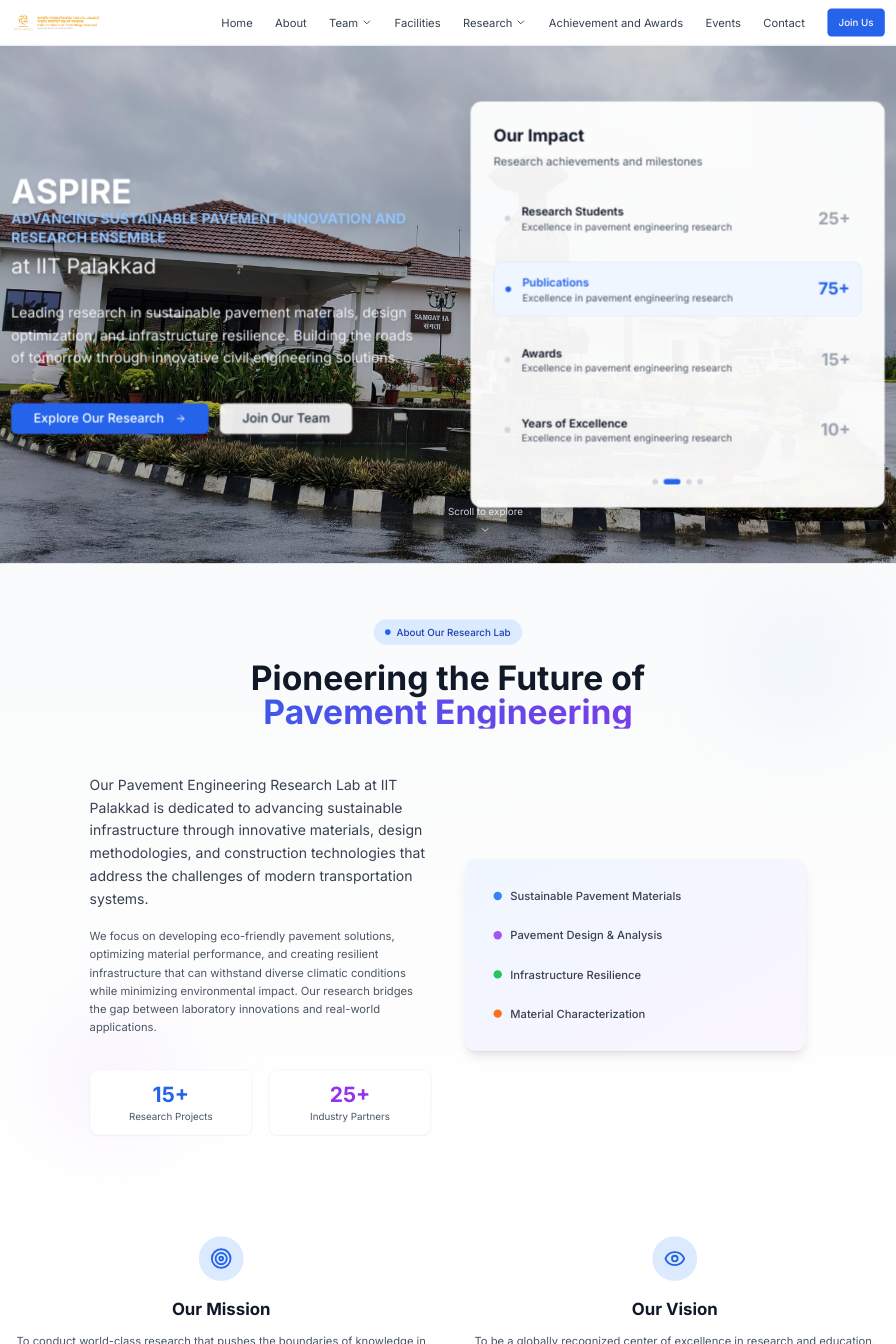
Repository: Gopikrish-30/ARISE
Page: /
An editor plug-in stored every save of this project. The page is shown before and after the next save, followed by the edit.
The browser window is 1280 px wide. The pictures show the part of the page from y = 0 to 1920 px (the page is 4937 px tall), at 70% of full size.
The project was rebuilt for these pictures with package versions that can differ from the ones it lists, and the page was loaded fresh each time. Some packages were replaced by stand-ins written for this rebuild. The framework's server and built-in components were replaced by stand-ins that run in the browser. Also part of the build but not shown: next.config.mjs.

Above is the page before, as saved 2025-06-29 14:14:34.

### app/layout.tsx
import type React from "react"
import type { Metadata } from "next"
import { Inter } from "next/font/google"
import "./globals.css"
import { Navbar } from "@/components/navbar"
import { Footer } from "@/components/footer"

const inter = Inter({ subsets: ["latin"] })

export const metadata: Metadata = {
  title: "IIT Palakkad - Department Showcase",
  description: "Advancing the frontiers of science and technology through innovative research at IIT Palakkad",
}

export default function RootLayout({
  children,
}: {
  children: React.ReactNode
}) {
  return (
    <html lang="en">
      <body className={inter.className}>
        <Navbar />
        <main className="min-h-screen">{children}</main>
        <Footer />
      </body>
    </html>
  )
}

### app/page.tsx
import { Hero } from "@/components/hero"
import { About } from "@/components/about"
import { MissionVision } from "@/components/mission-vision"
import { Activities } from "@/components/activities"
import { Impact } from "@/components/impact"
import { Announcements } from "@/components/announcements"
import { Recognitions } from "@/components/recognitions"

export default function HomePage() {
  return (
    <div className="bg-white">
      <Hero />
      <About />
      <MissionVision />
      <Activities />
      <Impact />
      <Announcements />
      <Recognitions />
    </div>
  )
}

### app/globals.css
@tailwind base;
@tailwind components;
@tailwind utilities;

@layer base {
  :root {
    --background: 0 0% 100%;
    --foreground: 222.2 84% 4.9%;
    --card: 0 0% 100%;
    --card-foreground: 222.2 84% 4.9%;
    --popover: 0 0% 100%;
    --popover-foreground: 222.2 84% 4.9%;
    --primary: 221.2 83.2% 53.3%;
    --primary-foreground: 210 40% 98%;
    --secondary: 210 40% 96%;
    --secondary-foreground: 222.2 84% 4.9%;
    --muted: 210 40% 96%;
    --muted-foreground: 215.4 16.3% 46.9%;
    --accent: 210 40% 96%;
    --accent-foreground: 222.2 84% 4.9%;
    --destructive: 0 84.2% 60.2%;
    --destructive-foreground: 210 40% 98%;
    --border: 214.3 31.8% 91.4%;
    --input: 214.3 31.8% 91.4%;
    --ring: 221.2 83.2% 53.3%;
    --radius: 0.5rem;
  }

  .dark {
    --background: 222.2 84% 4.9%;
    --foreground: 210 40% 98%;
    --card: 222.2 84% 4.9%;
    --card-foreground: 210 40% 98%;
    --popover: 222.2 84% 4.9%;
    --popover-foreground: 210 40% 98%;
    --primary: 217.2 91.2% 59.8%;
    --primary-foreground: 222.2 84% 4.9%;
    --secondary: 217.2 32.6% 17.5%;
    --secondary-foreground: 210 40% 98%;
    --muted: 217.2 32.6% 17.5%;
    --muted-foreground: 215 20.2% 65.1%;
    --accent: 217.2 32.6% 17.5%;
    --accent-foreground: 210 40% 98%;
    --destructive: 0 62.8% 30.6%;
    --destructive-foreground: 210 40% 98%;
    --border: 217.2 32.6% 17.5%;
    --input: 217.2 32.6% 17.5%;
    --ring: 224.3 76.3% 94.1%;
  }
}

@layer base {
  * {
    @apply border-border;
  }
  body {
    @apply bg-background text-foreground;
  }
}

@layer utilities {
  .line-clamp-3 {
    display: -webkit-box;
    -webkit-line-clamp: 3;
    -webkit-box-orient: vertical;
    overflow: hidden;
  }
}

### components/navbar.tsx
"use client"

import { useState } from "react"
import Link from "next/link"
import { Button } from "@/components/ui/button"
import { Menu, X, ChevronDown } from "lucide-react"
import { DropdownMenu, DropdownMenuContent, DropdownMenuItem, DropdownMenuTrigger } from "@/components/ui/dropdown-menu"

export function Navbar() {
  const [isOpen, setIsOpen] = useState(false)

  return (
    <nav className="bg-white shadow-sm border-b sticky top-0 z-50">
      <div className="container mx-auto px-4">
        <div className="flex justify-between items-center h-16">
          {/* Logo */}
          <Link href="/" className="flex items-center space-x-2">
            <img src="/images/logo.jpg" alt="IIT Palakkad Logo" className="w-32 h-32 object-contain" />
            {/* Removed IIT Palakkad text as per request */}
          </Link>

          {/* Desktop Navigation */}
          <div className="hidden md:flex items-center space-x-8">
            <Link href="/" className="text-gray-700 hover:text-blue-600 transition-colors">
              Home
            </Link>
            <Link href="/about" className="text-gray-700 hover:text-blue-600 transition-colors">
              About
            </Link>

            {/* Team Dropdown */}
            <DropdownMenu>
              <DropdownMenuTrigger className="flex items-center text-gray-700 hover:text-blue-600 transition-colors">
                Team <ChevronDown className="ml-1 h-4 w-4" />
              </DropdownMenuTrigger>
              <DropdownMenuContent>
                <DropdownMenuItem asChild>
                  <Link href="/team">All Team</Link>
                </DropdownMenuItem>
                <DropdownMenuItem asChild>
                  <Link href="/team/faculty">Faculty</Link>
                </DropdownMenuItem>
                <DropdownMenuItem asChild>
                  <Link href="/team/scholars">Research Scholars</Link>
                </DropdownMenuItem>
              </DropdownMenuContent>
            </DropdownMenu>

            <Link href="/facilities" className="text-gray-700 hover:text-blue-600 transition-colors">
              Facilities
            </Link>

            {/* Research Dropdown */}
            <DropdownMenu>
              <DropdownMenuTrigger className="flex items-center text-gray-700 hover:text-blue-600 transition-colors">
                Research <ChevronDown className="ml-1 h-4 w-4" />
              </DropdownMenuTrigger>
              <DropdownMenuContent>
                                        <DropdownMenuItem asChild>
                                            <Link href="/research">Publications</Link>
                                        </DropdownMenuItem>
                                        <DropdownMenuItem asChild>
                                            <Link href="/research/programs">Programs</Link>
                                        </DropdownMenuItem>
              </DropdownMenuContent>
            </DropdownMenu>

            <Link href="/achievements" className="text-gray-700 hover:text-blue-600 transition-colors">
              Achievement and Awards
            </Link>
            <Link href="/events" className="text-gray-700 hover:text-blue-600 transition-colors">
              Events
            </Link>
            <Link href="/contact" className="text-gray-700 hover:text-blue-600 transition-colors">
              Contact
            </Link>
            <Button asChild className="bg-blue-600 hover:bg-blue-700">
              <Link href="/join-us">Join Us</Link>
            </Button>
          </div>

          {/* Mobile menu button */}
          <button className="md:hidden" onClick={() => setIsOpen(!isOpen)}>
            {isOpen ? <X className="h-6 w-6" /> : <Menu className="h-6 w-6" />}
          </button>
        </div>

        {/* Mobile Navigation */}
        {isOpen && (
          <div className="md:hidden py-4 border-t">
            <div className="flex flex-col space-y-4">
              <Link href="/" className="text-gray-700 hover:text-blue-600 transition-colors">
                Home
              </Link>
              <Link href="/about" className="text-gray-700 hover:text-blue-600 transition-colors">
                About
              </Link>
              <Link href="/team" className="text-gray-700 hover:text-blue-600 transition-colors">
                Team
              </Link>
              <Link href="/facilities" className="text-gray-700 hover:text-blue-600 transition-colors">
                Facilities
              </Link>
              <Link href="/research" className="text-gray-700 hover:text-blue-600 transition-colors">
                Research
              </Link>
              <Link href="/achievements" className="text-gray-700 hover:text-blue-600 transition-colors">
                Achievement and Awards
              </Link>
              <Link href="/events" className="text-gray-700 hover:text-blue-600 transition-colors">
                Events
              </Link>
              <Link href="/contact" className="text-gray-700 hover:text-blue-600 transition-colors">
                Contact
              </Link>
              <Button asChild className="bg-blue-600 hover:bg-blue-700 w-fit">
                <Link href="/join-us">Join Us</Link>
              </Button>
            </div>
          </div>
        )}
      </div>
    </nav>
  )
}

### components/mission-vision.tsx
import { Target, Eye } from "lucide-react"

export function MissionVision() {
  return (
    <section className="py-16">
      <div className="container mx-auto px-4">
        <div className="grid md:grid-cols-2 gap-12">
          <div className="text-center">
            <div className="w-16 h-16 bg-blue-100 rounded-full flex items-center justify-center mx-auto mb-6">
              <Target className="w-8 h-8 text-blue-600" />
            </div>
            <h3 className="text-2xl font-bold text-gray-900 mb-4">Our Mission</h3>
            <p className="text-gray-600 leading-relaxed">
              To conduct world-class research that pushes the boundaries of knowledge in computer science and
              engineering, while nurturing the next generation of researchers and innovators who will shape the future
              of technology.
            </p>
          </div>

          <div className="text-center">
            <div className="w-16 h-16 bg-blue-100 rounded-full flex items-center justify-center mx-auto mb-6">
              <Eye className="w-8 h-8 text-blue-600" />
            </div>
            <h3 className="text-2xl font-bold text-gray-900 mb-4">Our Vision</h3>
            <p className="text-gray-600 leading-relaxed">
              To be a globally recognized center of excellence in research and education, contributing to scientific
              advancement and technological innovation that benefits society and addresses the challenges of tomorrow.
            </p>
          </div>
        </div>
      </div>
    </section>
  )
}

### components/impact.tsx
import { Users, BookOpen, Award, TrendingUp } from "lucide-react"
import Link from "next/link"

export function Impact() {
  const stats = [
    {
      icon: Users,
      number: "25+",
      label: "Research Students",
    },
    {
      icon: BookOpen,
      number: "75+",
      label: "Publications",
    },
    {
      icon: Award,
      number: "15+",
      label: "Awards",
    },
    {
      icon: TrendingUp,
      number: "10+",
      label: "Years of Excellence",
    },
  ]

  return (
    <section className="py-16 bg-gradient-to-r from-blue-600 to-blue-800 text-white">
      <div className="container mx-auto px-4">
        <div className="text-center mb-12">
          <h2 className="text-3xl md:text-4xl font-bold mb-4">Our Impact</h2>
          <p className="text-blue-100 max-w-2xl mx-auto">Numbers that reflect our commitment to excellence</p>
        </div>

        <div className="grid md:grid-cols-4 gap-8">
          {[
            { icon: Users, number: "25+", label: "Research Students", link: "/team/scholars" },
            { icon: BookOpen, number: "75+", label: "Publications", link: "/research/journals" },
            { icon: Award, number: "15+", label: "Awards", link: "/achievements" },
            { icon: TrendingUp, number: "10+", label: "Years of Excellence", link: "/about" },
          ].map((stat, index) => (
            <Link
              key={index}
              href={stat.link}
              className="text-center group hover:scale-105 transition-transform duration-200"
            >
              <stat.icon className="w-12 h-12 mx-auto mb-4 text-blue-200 group-hover:text-white transition-colors" />
              <div className="text-4xl md:text-5xl font-bold mb-2 group-hover:text-white transition-colors">
                {stat.number}
              </div>
              <div className="text-blue-200 group-hover:text-blue-100 transition-colors">{stat.label}</div>
            </Link>
          ))}
        </div>
      </div>
    </section>
  )
}

### components/recognitions.tsx
"use client"

import { Card, CardContent } from "@/components/ui/card"
import { Badge } from "@/components/ui/badge"
import { Award, Trophy, Medal } from "lucide-react"
import { Button } from "@/components/ui/button"

export function Recognitions() {
  const recognitions = [
    {
      title: "Best Research Lab Award",
      organization: "IEEE Computer Society",
      year: "2023",
      description: "Recognized for outstanding contributions to artificial intelligence research.",
      icon: Trophy,
    },
    {
      title: "Excellence in Innovation",
      organization: "Department of Science & Technology",
      year: "2023",
      description: "Awarded for breakthrough research in machine learning applications.",
      icon: Award,
    },
    {
      title: "Young Researcher Recognition",
      organization: "ACM India",
      year: "2022",
      description: "Our faculty member received recognition for exceptional research contributions.",
      icon: Medal,
    },
  ]

  const handleRecognitionClick = (recognition: any) => {
    // Navigate to achievements page with specific recognition
    window.location.href = "/achievements"
  }

  const handleViewCertificate = (recognition: any) => {
    // Open certificate or award details
    window.open(`/certificates/${recognition.title.toLowerCase().replace(/\s+/g, "-")}.pdf`, "_blank")
  }

  return (
    <section className="py-16 bg-gray-50">
      <div className="container mx-auto px-4">
        <div className="text-center mb-12">
          <h2 className="text-3xl md:text-4xl font-bold text-gray-900 mb-4">Recognitions</h2>
          <p className="text-gray-600">Celebrating our achievements and accolades</p>
        </div>

        <div className="grid md:grid-cols-3 gap-8 max-w-6xl mx-auto">
          {recognitions.map((recognition, index) => (
            <Card
              key={index}
              className="text-center hover:shadow-lg transition-shadow cursor-pointer group"
              onClick={() => handleRecognitionClick(recognition)}
            >
              <CardContent className="p-8">
                <recognition.icon className="w-12 h-12 text-blue-600 mx-auto mb-4" />
                <Badge className="mb-4">{recognition.year}</Badge>
                <h3 className="text-xl font-bold text-gray-900 mb-2">{recognition.title}</h3>
                <p className="text-blue-600 font-medium mb-3">{recognition.organization}</p>
                <p className="text-gray-600 text-sm leading-relaxed">{recognition.description}</p>
                <div className="mt-4 space-y-2 opacity-0 group-hover:opacity-100 transition-opacity">
                  <Button
                    size="sm"
                    className="w-full bg-blue-600 hover:bg-blue-700"
                    onClick={(e) => {
                      e.stopPropagation()
                      handleViewCertificate(recognition)
                    }}
                  >
                    View Certificate
                  </Button>
                  <Button
                    size="sm"
                    variant="outline"
                    className="w-full"
                    onClick={(e) => {
                      e.stopPropagation()
                      handleRecognitionClick(recognition)
                    }}
                  >
                    Learn More
                  </Button>
                </div>
              </CardContent>
            </Card>
          ))}
        </div>
      </div>
    </section>
  )
}

### components/ui/button.tsx
import * as React from "react"
import { Slot } from "@radix-ui/react-slot"
import { cva, type VariantProps } from "class-variance-authority"

import { cn } from "@/lib/utils"

const buttonVariants = cva(
  "inline-flex items-center justify-center gap-2 whitespace-nowrap rounded-md text-sm font-medium ring-offset-background transition-colors focus-visible:outline-none focus-visible:ring-2 focus-visible:ring-ring focus-visible:ring-offset-2 disabled:pointer-events-none disabled:opacity-50 [&_svg]:pointer-events-none [&_svg]:size-4 [&_svg]:shrink-0",
  {
    variants: {
      variant: {
        default: "bg-primary text-primary-foreground hover:bg-primary/90",
        destructive:
          "bg-destructive text-destructive-foreground hover:bg-destructive/90",
        outline:
          "border border-input bg-background hover:bg-accent hover:text-accent-foreground",
        secondary:
          "bg-secondary text-secondary-foreground hover:bg-secondary/80",
        ghost: "hover:bg-accent hover:text-accent-foreground",
        link: "text-primary underline-offset-4 hover:underline",
      },
      size: {
        default: "h-10 px-4 py-2",
        sm: "h-9 rounded-md px-3",
        lg: "h-11 rounded-md px-8",
        icon: "h-10 w-10",
      },
    },
    defaultVariants: {
      variant: "default",
      size: "default",
    },
  }
)

export interface ButtonProps
  extends React.ButtonHTMLAttributes<HTMLButtonElement>,
    VariantProps<typeof buttonVariants> {
  asChild?: boolean
}

const Button = React.forwardRef<HTMLButtonElement, ButtonProps>(
  ({ className, variant, size, asChild = false, ...props }, ref) => {
    const Comp = asChild ? Slot : "button"
    return (
      <Comp
        className={cn(buttonVariants({ variant, size, className }))}
        ref={ref}
        {...props}
      />
    )
  }
)
Button.displayName = "Button"

export { Button, buttonVariants }

### components/ui/card.tsx
import * as React from "react"

import { cn } from "@/lib/utils"

const Card = React.forwardRef<
  HTMLDivElement,
  React.HTMLAttributes<HTMLDivElement>
>(({ className, ...props }, ref) => (
  <div
    ref={ref}
    className={cn(
      "rounded-lg border bg-card text-card-foreground shadow-sm",
      className
    )}
    {...props}
  />
))
Card.displayName = "Card"

const CardHeader = React.forwardRef<
  HTMLDivElement,
  React.HTMLAttributes<HTMLDivElement>
>(({ className, ...props }, ref) => (
  <div
    ref={ref}
    className={cn("flex flex-col space-y-1.5 p-6", className)}
    {...props}
  />
))
CardHeader.displayName = "CardHeader"

const CardTitle = React.forwardRef<
  HTMLDivElement,
  React.HTMLAttributes<HTMLDivElement>
>(({ className, ...props }, ref) => (
  <div
    ref={ref}
    className={cn(
      "text-2xl font-semibold leading-none tracking-tight",
      className
    )}
    {...props}
  />
))
CardTitle.displayName = "CardTitle"

const CardDescription = React.forwardRef<
  HTMLDivElement,
  React.HTMLAttributes<HTMLDivElement>
>(({ className, ...props }, ref) => (
  <div
    ref={ref}
    className={cn("text-sm text-muted-foreground", className)}
    {...props}
  />
))
CardDescription.displayName = "CardDescription"

const CardContent = React.forwardRef<
  HTMLDivElement,
  React.HTMLAttributes<HTMLDivElement>
>(({ className, ...props }, ref) => (
  <div ref={ref} className={cn("p-6 pt-0", className)} {...props} />
))
CardContent.displayName = "CardContent"

const CardFooter = React.forwardRef<
  HTMLDivElement,
  React.HTMLAttributes<HTMLDivElement>
>(({ className, ...props }, ref) => (
  <div
    ref={ref}
    className={cn("flex items-center p-6 pt-0", className)}
    {...props}
  />
))
CardFooter.displayName = "CardFooter"

export { Card, CardHeader, CardFooter, CardTitle, CardDescription, CardContent }

### components/ui/badge.tsx
import * as React from "react"
import { cva, type VariantProps } from "class-variance-authority"

import { cn } from "@/lib/utils"

const badgeVariants = cva(
  "inline-flex items-center rounded-full border px-2.5 py-0.5 text-xs font-semibold transition-colors focus:outline-none focus:ring-2 focus:ring-ring focus:ring-offset-2",
  {
    variants: {
      variant: {
        default:
          "border-transparent bg-primary text-primary-foreground hover:bg-primary/80",
        secondary:
          "border-transparent bg-secondary text-secondary-foreground hover:bg-secondary/80",
        destructive:
          "border-transparent bg-destructive text-destructive-foreground hover:bg-destructive/80",
        outline: "text-foreground",
      },
    },
    defaultVariants: {
      variant: "default",
    },
  }
)

export interface BadgeProps
  extends React.HTMLAttributes<HTMLDivElement>,
    VariantProps<typeof badgeVariants> {}

function Badge({ className, variant, ...props }: BadgeProps) {
  return (
    <div className={cn(badgeVariants({ variant }), className)} {...props} />
  )
}

export { Badge, badgeVariants }

Loaded but not shown: lib/utils.ts (common file); tailwind.config.ts (common file); components/hero.tsx (216 lines, source omitted); components/ui/dropdown-menu.tsx (200 lines, source omitted); components/activities.tsx (185 lines, source omitted); components/about.tsx (109 lines, source omitted); components/footer.tsx (144 lines, source omitted); components/announcements.tsx (100 lines, source omitted)

After the next save:
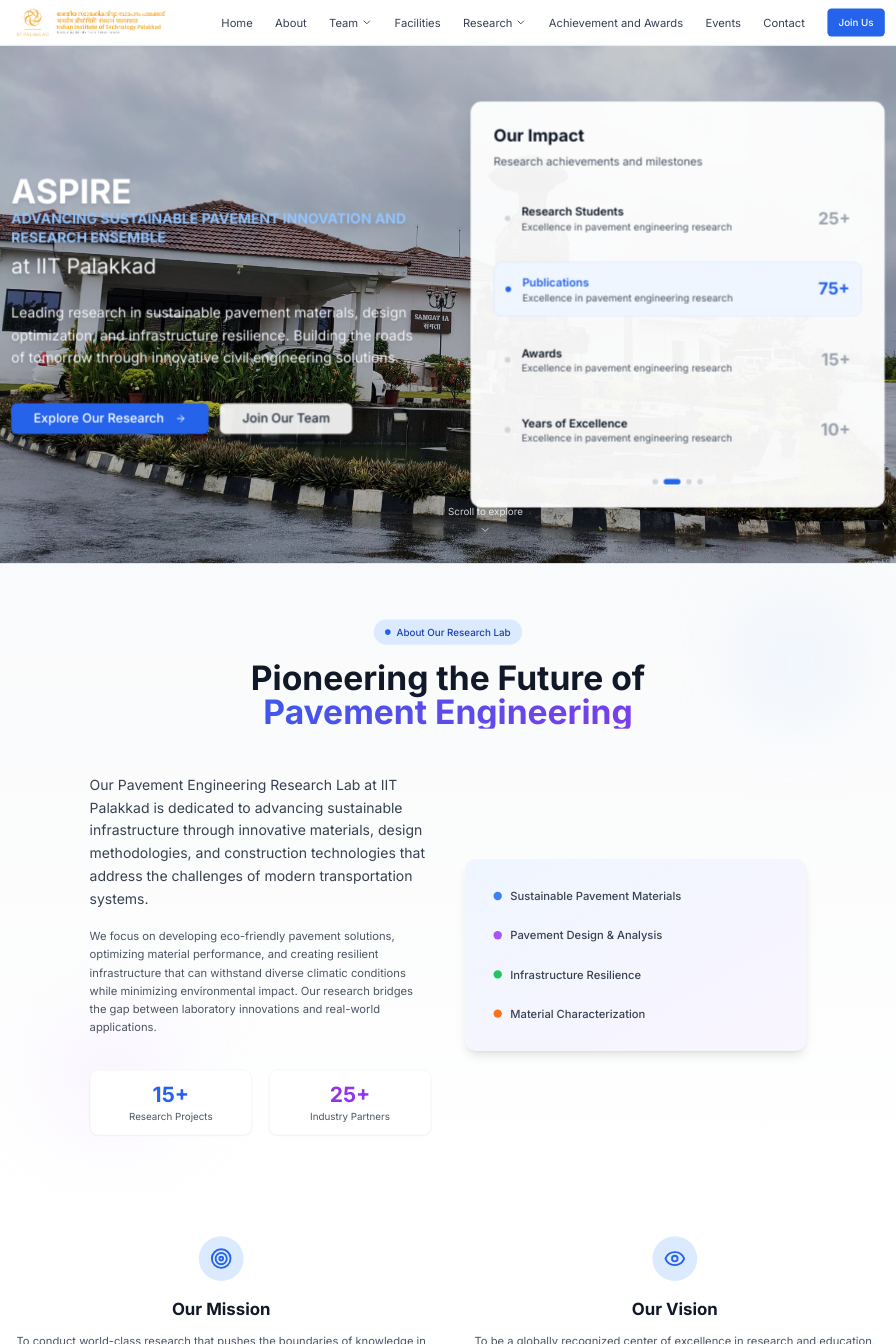
Saved 36 s later.
--- a/components/navbar.tsx
+++ b/components/navbar.tsx
@@ -15,7 +15,7 @@
         <div className="flex justify-between items-center h-16">
           {/* Logo */}
           <Link href="/" className="flex items-center space-x-2">
-            <img src="/images/logo.jpg" alt="IIT Palakkad Logo" className="w-32 h-32 object-contain" />
+            <img src="/images/logo.jpg" alt="IIT Palakkad Logo" className="w-56 h-56 object-contain" />
             {/* Removed IIT Palakkad text as per request */}
           </Link>
 
